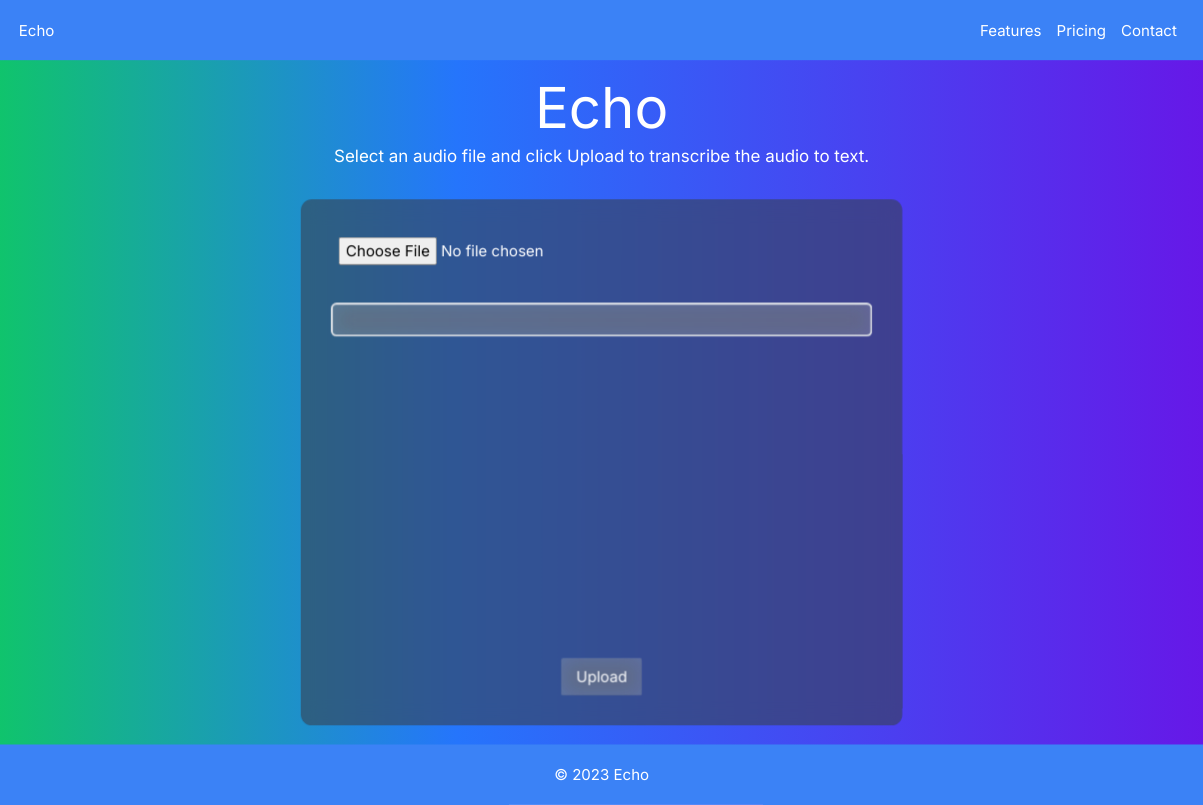
Repository: MikeeBuilds/whisperer
Page: /
These files come from the project's save history. The page is drawn as it stood at one moment and after the next save; the edit follows.
The browser window is 1280 px wide. The pictures show the whole page, at 94% of full size.
The project was rebuilt for these pictures with package versions that can differ from the ones it lists, and the page was loaded fresh each time. The framework's server and built-in components were replaced by stand-ins that run in the browser. Also part of the build but not shown: next.config.js.

Above is the page before, as saved 2023-06-26 16:32:43.

### src/app/layout.tsx
import Footer from './components/Footer'
import Navbar from './components/NavBar'
import './globals.css'
import { Inter } from 'next/font/google'

const inter = Inter({ subsets: ['latin'] })

export const metadata = {
  title: 'Create Next App',
  description: 'Generated by create next app',
}

export default function RootLayout({
  children,
}: {
  children: React.ReactNode
}) {
  return (
    <html lang="en">
      <body className={`${inter.className} gradient-bg`}>
        <Navbar/>
        {children}
        <Footer />
      </body>
    </html>
  )
}

### src/app/page.tsx
'use client'

import { useState } from "react"
import Features from './components/Features';
import Pricing from './components/Pricing';
import Contact from './components/Contact';

export default function Home() {
  const [theFile, setTheFile] = useState<File | null>(null);
  const [isLoading, setIsLoading] = useState(false);
  const [response, setResponse] = useState("");

  const handleFileChange = (event: React.ChangeEvent<HTMLInputElement>) => {
    const file = event.currentTarget.files?.[0];
    if (!file) return;

    setTheFile(file);
  };

  const callGetTranscription = async () => {
    setIsLoading(true);

    if (!theFile) {
      // Handle the case when no file is selected
      setIsLoading(false);
      return;
    }

    const formData = new FormData();
    formData.set("file", theFile);

    try {
      const response = await fetch("/api", {
        method: "POST",
        body: formData,
      });

      if (response.ok) {
        // Handle the success response
        console.log("File uploaded successfully");
      } else {
        // Handle the error response
        console.error("Failed to upload file");
      }

      const data = await response.json();

      setResponse(data.output.text);
    } catch (error) {
      // Handle any errors
      console.error("An error occurred while uploading the file", error);
    }

    setTheFile(null);
    setIsLoading(false);
  };

  return (
    <main className="flex min-h-screen flex-col items-center justify-center px-24 py-5">
      <h1 className="text-6xl font-sans mb-2 text-white">Echo</h1>
      <p className="text-lg font-sans mb-8 text-white">Select an audio file and click Upload to transcribe the audio to text.</p>


      <div className="flex h-[35rem] w-[40rem] flex-col items-center bg-gray-700 rounded-xl p-8 backdrop-blur-md bg-opacity-60">
        <div className="h-full flex flex-col gap-4 overflow-y-auto w-full">
          <input type="file" accept=".wav, .mp3" onChange={handleFileChange} className="mb-4 p-2" />

          <div className="w-full h-max border-2 break-words p-4 bg-white bg-opacity-20 rounded-md backdrop-blur-md">
            {isLoading ? "Loading..." : response ? response : ""}
          </div>
        </div>
        <div className="w-full mt-4 flex justify-center">
          <button
            onClick={callGetTranscription}
            className="w-max bg-white bg-opacity-20 px-4 py-2 rounded-sm hover:bg-opacity-30 transition-colors duration-200 backdrop-blur-md"
          >
            Upload
          </button>
        </div>
      </div>
    </main>
  );
}

### src/app/components/Footer.tsx
export default function Footer() {
    return (
      <footer className="flex justify-center items-center h-16 bg-blue-500 text-white">
        <p>© {new Date().getFullYear()} Echo</p>
      </footer>
    );
  }

### src/app/components/NavBar.tsx
export default function Navbar() {
    return (
      <nav className="flex justify-between p-5 bg-blue-500 text-white">
        <div>Echo</div>
        <div>
          <a href="#features" className="mx-2">Features</a>
          <a href="#pricing" className="mx-2">Pricing</a>
          <a href="#contact" className="mx-2">Contact</a>
        </div>
      </nav>
    );
  }

### src/app/globals.css
@tailwind base;
@tailwind components;
@tailwind utilities;

@keyframes gradient {
  0% {
    background-position: 0% 50%;
  }
  50% {
    background-position: 100% 50%;
  }
  100% {
    background-position: 0% 50%;
  }
}

body {
  background: #222222;
  color: white;
}

.gradient-bg {
  animation: gradient 15s ease infinite;
  background: linear-gradient(270deg, #6b11e6, #2575fc, #00ff00, #ffff00);
  background-size: 200% 200%;
}

### tailwind.config.js
/** @type {import('tailwindcss').Config} */
module.exports = {
  content: [
    './src/pages/**/*.{js,ts,jsx,tsx,mdx}',
    './src/components/**/*.{js,ts,jsx,tsx,mdx}',
    './src/app/**/*.{js,ts,jsx,tsx,mdx}',
  ],
  theme: {
    extend: {
      fontFamily: {
        sans: ['var(--font-inter)'],
      },
    },
  },
  plugins: [],
}

After the next save:
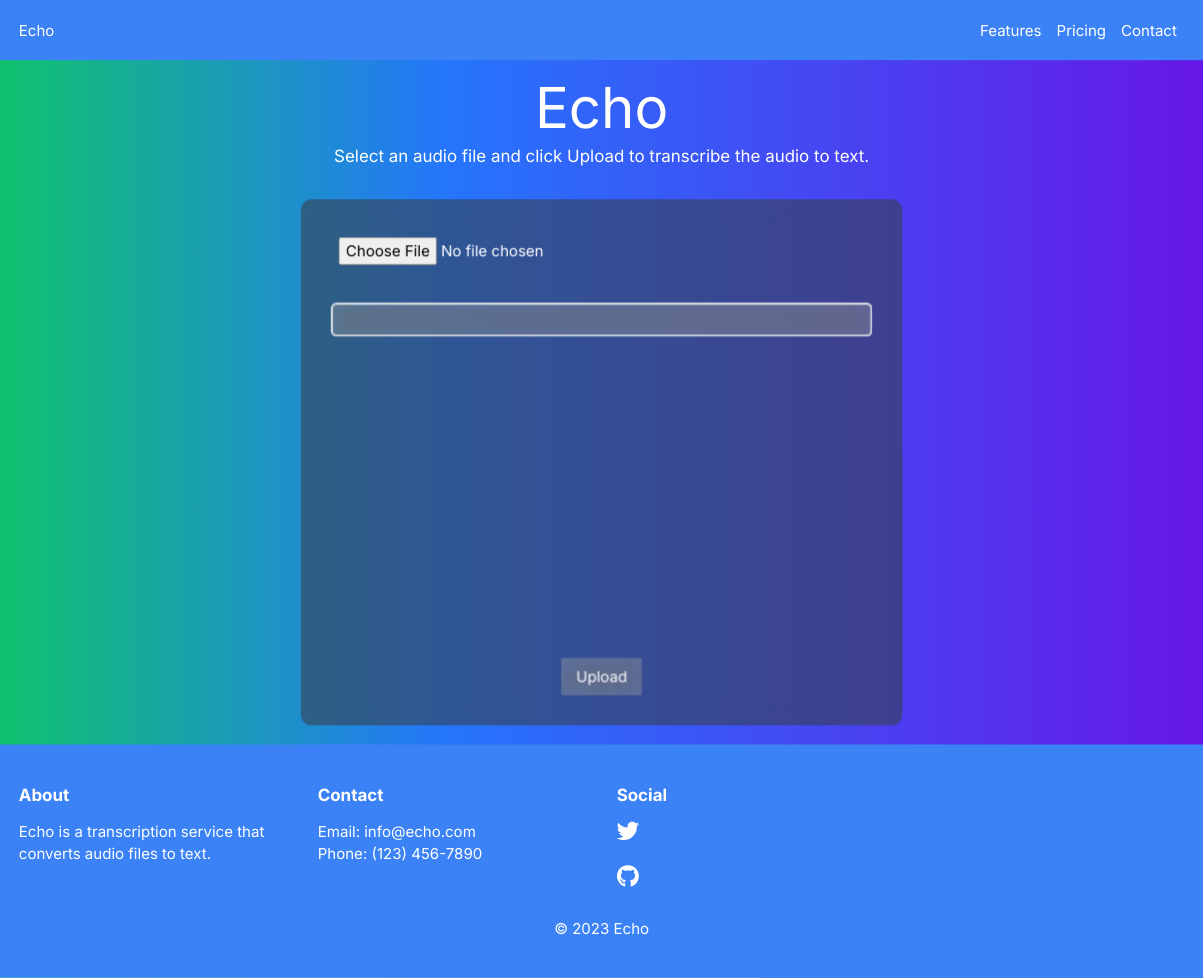
Saved 2 min 17 s later.
--- a/src/app/components/Footer.tsx
+++ b/src/app/components/Footer.tsx
@@ -1,7 +1,31 @@
+import { FaTwitter, FaGithub } from 'react-icons/fa';
+
 export default function Footer() {
-    return (
-      <footer className="flex justify-center items-center h-16 bg-blue-500 text-white">
+  return (
+    <footer className="bg-blue-500 text-white py-10 px-5">
+      <div className="grid grid-cols-1 md:grid-cols-4 gap-8">
+        <div>
+          <h3 className="text-lg font-bold mb-3">About</h3>
+          <p>Echo is a transcription service that converts audio files to text.</p>
+        </div>
+        <div>
+          <h3 className="text-lg font-bold mb-3">Contact</h3>
+          <p>Email: info@echo.com</p>
+          <p>Phone: (123) 456-7890</p>
+        </div>
+        <div>
+          <h3 className="text-lg font-bold mb-3">Social</h3>
+          <a href="https://twitter.com/yourtwitterhandle" target="_blank" rel="noopener noreferrer" className="mr-3">
+            <FaTwitter size={24} />
+          </a>
+          <a href="https://github.com/yourgithubusername" target="_blank" rel="noopener noreferrer">
+            <FaGithub size={24} />
+          </a>
+        </div>
+      </div>
+      <div className="mt-8 text-center">
         <p>© {new Date().getFullYear()} Echo</p>
-      </footer>
-    );
-  }
+      </div>
+    </footer>
+  );
+}
